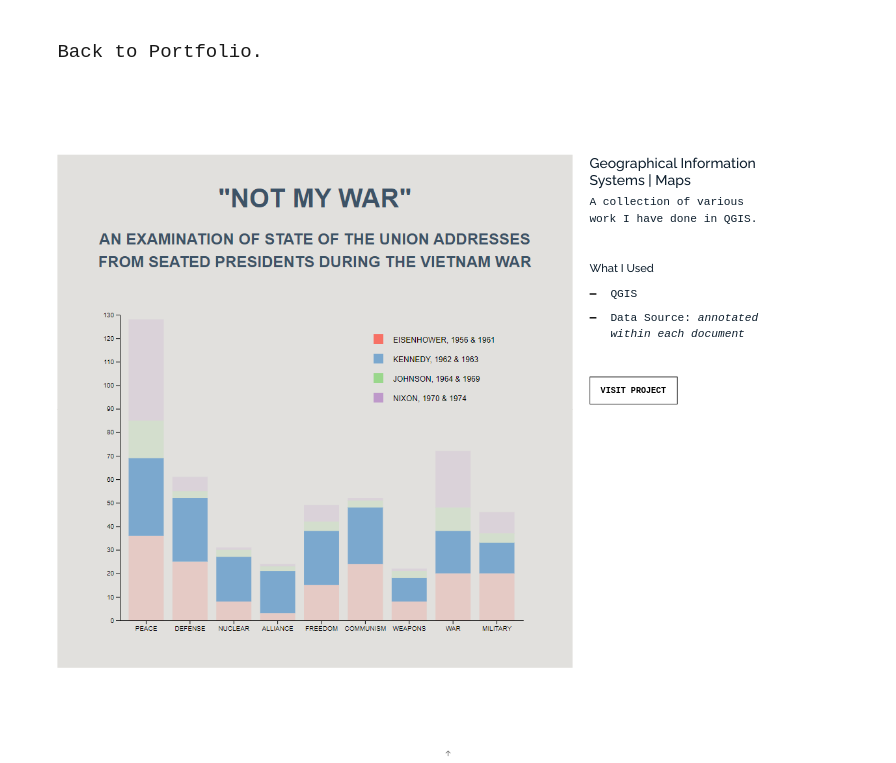
Repository: m0llyc00k/portfolio-2
Page: work-single-gis.html
The author's editor kept a record of every edit. The page is drawn from the files as they stood at one moment, then again after the next edit.
The browser window is 1280 px wide. The pictures show the part of the page from y = 0 to 1920 px (the page is 1090 px tall before and 2957 px after), at 70% of full size.
Some web fonts or font styles are not loaded; a fallback is used.

Above is the page before.

After the next edit:
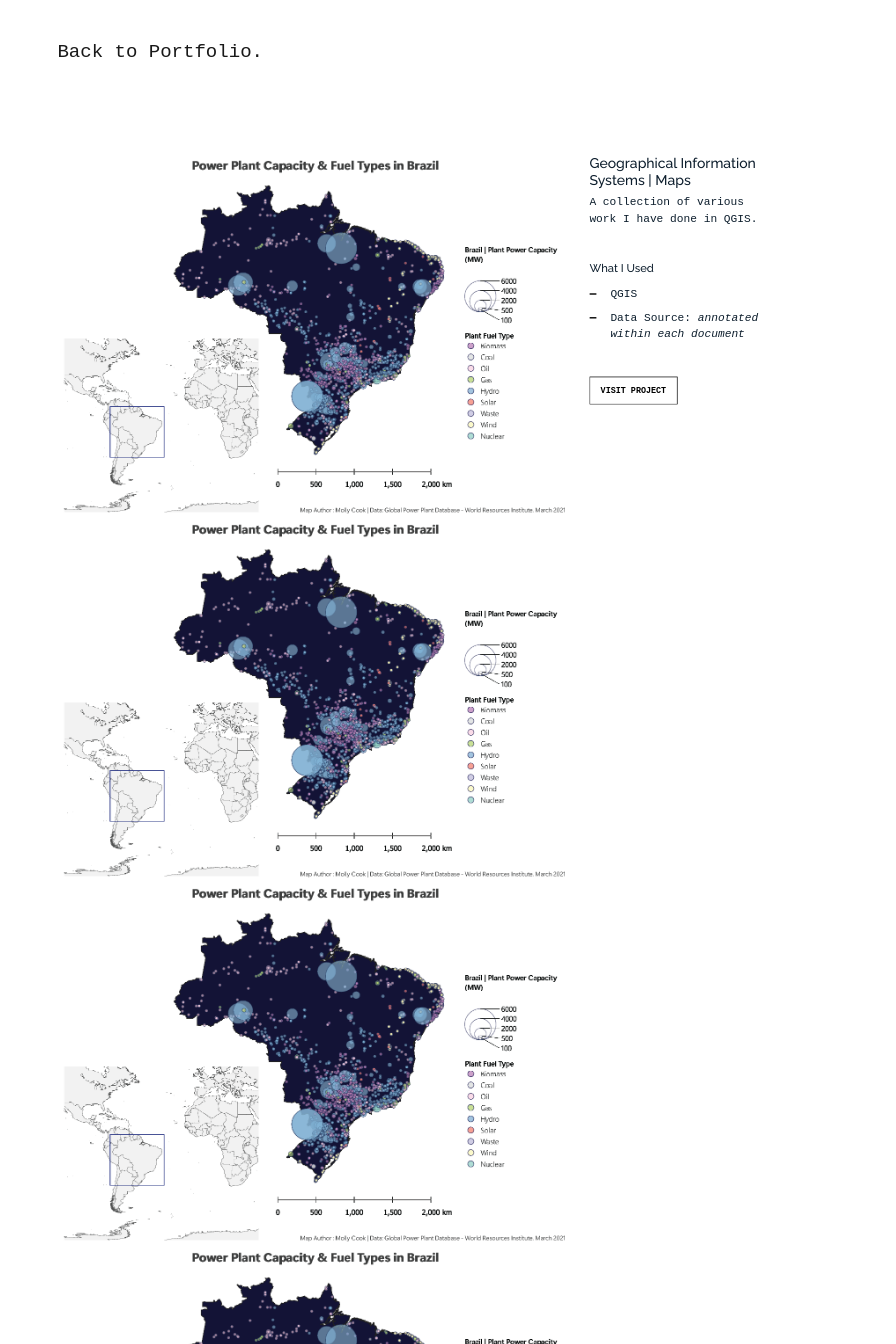
The edit:
--- a/work-single-gis.html
+++ b/work-single-gis.html
@@ -42,7 +42,7 @@
     <div class="container">
       <a class="navbar-brand" href="index.html">Back to Portfolio.</a>
       <!--<a href="#" class="burger" data-bs-toggle="collapse" data-bs-target="#main-navbar">-->
-        <span></span>
+      <span></span>
       </a>
     </div>
   </nav>
@@ -55,7 +55,13 @@
         <div class="container">
           <div class="row align-items-stretch">
             <div class="col-md-8" data-aos="fade-up">
-              <img src="assets/img/not-my-war.png" alt="Image" class="img-fluid">
+              <img src="assets/img/MC_assignment3.png" alt="Image" class="img-fluid">
+
+              <img src="assets/img/MC_assignment3.png" alt="Image" class="img-fluid">
+              <img src="assets/img/MC_assignment3.png" alt="Image" class="img-fluid">
+              <img src="assets/img/MC_assignment3.png" alt="Image" class="img-fluid">
+              <img src="assets/img/MC_assignment3.png" alt="Image" class="img-fluid">
+
             </div>
             <div class="col-md-3 ml-auto" data-aos="fade-up" data-aos-delay="100">
               <div class="sticky-content">
